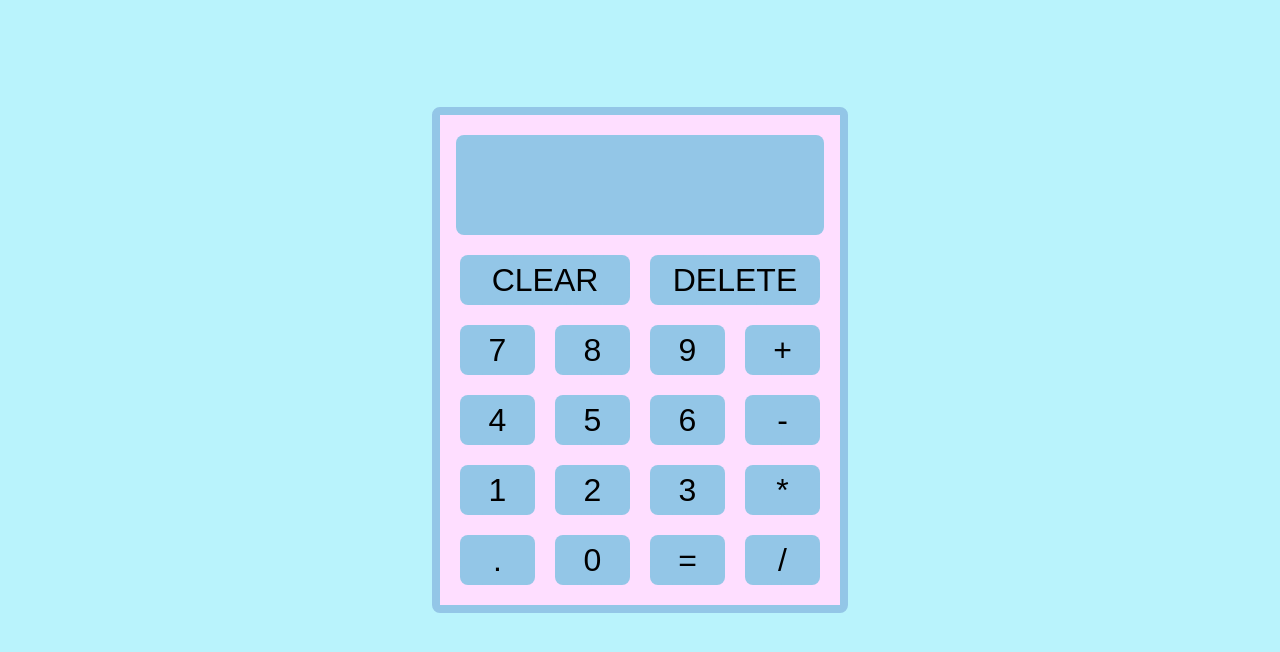
Repository: yeetzpxoci/calculator
Page: index.html
The author's editor kept a copy of each file at every save. The page is drawn from the files as they stood at one save, then again after the next save.
The browser window is 1280 px wide. The pictures show the whole page.

Above is the page before, as saved 2023-02-05 13:56:30.

### index.html
<!doctype html>
<html lang="en">

<head>
    <meta charset="utf-8">
    <title>CALC YA LATER</title>
    <meta name="calculator" content="calculates">
    <link rel="stylesheet" href="style.css">
    <link rel="preconnect" href="https://fonts.googleapis.com">
    <link rel="preconnect" href="https://fonts.gstatic.com" crossorigin>
    <link href="https://fonts.googleapis.com/css2?family=Roboto&display=swap" rel="stylesheet">

</head>

<body>
    <div class="calculator-container">
        <div id="display" class="display">
            1234
        </div>
        <div class="button-container">
            <button class="clear-button">CLEAR</button>
            <button class="delete-button">DELETE</button>
            <button class="number-button">7</button>
            <button class="number-button">8</button>
            <button class="number-button">9</button>
            <button class="operator-button">+</button>
            <button class="number-button">4</button>
            <button class="number-button">5</button>
            <button class="number-button">6</button>
            <button class="operator-button">-</button>
            <button class="number-button">1</button>
            <button class="number-button">2</button>
            <button class="number-button">3</button>
            <button class="operator-button">*</button>
            <button class="floating-point">.</button>
            <button class="number-button">0</button>
            <button class="equal-button">=</button>
            <button class="operator-button">/</button>
        </div>
    </div>
</body>

<script src="script.js"></script>

</html>

### style.css
html, body {
    background-color: #B9F3FC;
    display: flex;
    min-height: 100%;
    justify-content: center;
    align-items: center;
}

.calculator-container {
    background-color: #FEDEFF;
    height: 490px;
    width: 400px;
    border-radius: 8px;
    border-width: 8px;
    border-style: solid;
    border-color: #93C6E7;
    display: flex;
    flex-direction: column;
    flex-wrap: wrap;
    justify-content: flex-start;
    align-items: center;
}

.display {
    background-color: #93C6E7;
    height: 100px;
    width: 360px;
    border-radius: 8px;
    display: flex;
    justify-content: flex-end;
    align-items: center;
    font-size: 64px;
    font-family: Roboto;
    font-weight: 900;
    padding-right: 8px;
    margin-top: 20px;
}

.button-container {
    display: flex;
    flex-wrap: wrap;
    align-items: center;
    justify-content: space-around;
    gap: 20px;
    margin: 20px;
}

.clear-button, .delete-button {
    font-size: 32px;
    height: 50px;
    width: 170px;
    border-style: dashed;
    border-radius: 8px;
    border-color: #93C6E7;
    background-color: #93C6E7;
}

.number-button, .operator-button, .equal-button, .floating-point {
    height: 50px;
    width: 75px;
    font-size: 32px;
    border-style: dashed;
    border-radius: 8px;
    border-color: #93C6E7;
    background-color: #93C6E7;
}

### script.js
function add(a, b) {
    return a + b
}

function subtract(a, b) {
    return a - b
}

function multiply(a, b) {
    return a * b
}

function divide(a, b) {
    return a / b
}

function operate(operator, a, b) {
    switch (operator) {
        case '+': result = add(a, b); break;
        case '-': result = subtract(a, b); break;
        case '*': result = multiply(a, b); break;
        case '/': result = divide(a, b); break;
    }
    return result;
}

var first_value = 0;
var second_value = 0;
var current_operator = "";

const display = document.getElementById("display")
display.innerHTML = ""

document.querySelectorAll(".number-button").forEach(function(element) {
    element.addEventListener("click", function () {
        if (display.innerHTML === current_operator) {
            display.innerHTML = "";
            display.innerHTML = display.innerHTML + this.innerHTML;
        } else {
            display.innerHTML = display.innerHTML + this.innerHTML;
        }
    })
})

document.querySelectorAll(".operator-button").forEach(function (element) {
    element.addEventListener("click", function () {
        if (current_operator === "") {
            first_value = parseFloat(display.innerHTML);
            display.innerHTML = this.innerHTML;
        } else {
            display.innerHTML = this.innerHTML;
        }
        current_operator = display.innerHTML;
    })
})

document.querySelector(".clear-button").addEventListener("click", function () {
    display.innerHTML = ""
    var first_value = 0;
    var second_value = 0;
    var current_operator = "";
;})

document.querySelector(".delete-button").addEventListener("click", function () {
    display.innerHTML = display.innerHTML.slice(0, -1);
})

document.querySelector(".floating-point").addEventListener("click", function () {
    display.innerHTML = display.innerHTML + this.innerHTML;
})

document.querySelector(".equal-button").addEventListener("click", function () {
    if (current_operator !== "") {
        second_value = parseFloat(display.innerHTML);
        if (current_operator === "/" && second_value == 0) {
            alert("Error: division by 0 is undefined.");
        } else {
            display.innerHTML = String(Math.round(operate(current_operator, first_value, second_value) * 100) / 100);
        }
    }
    current_operator = "";
})

After the next save:
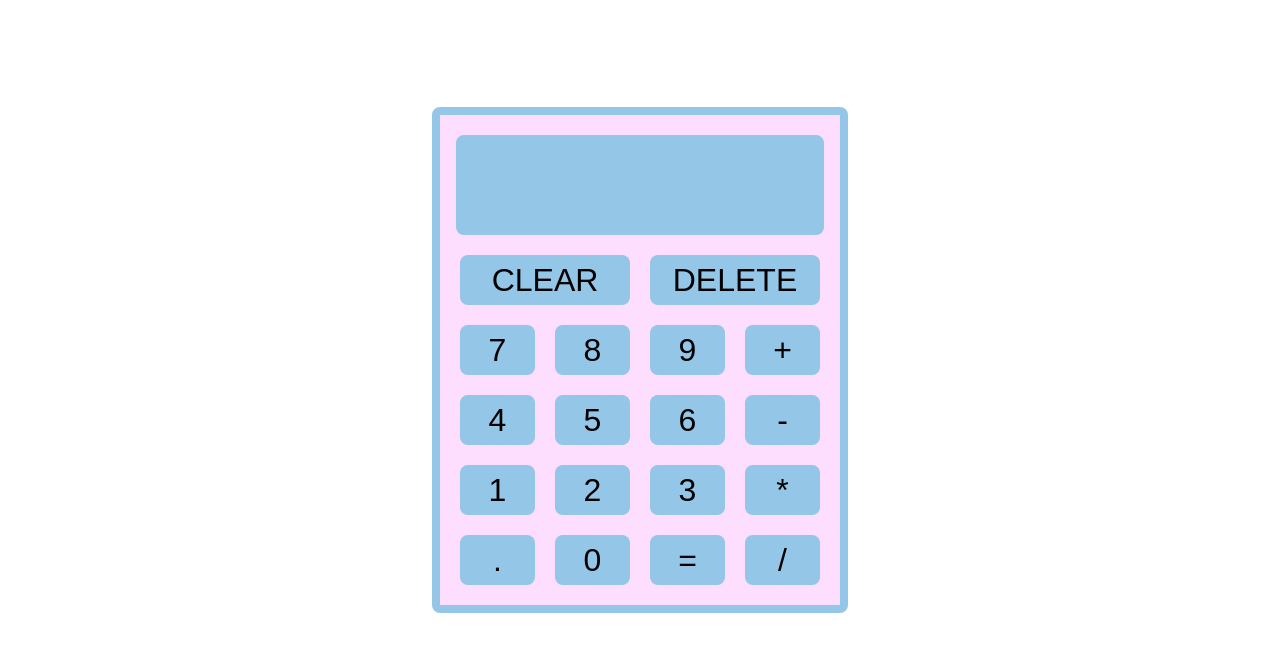
Saved 97 s later.
--- a/style.css
+++ b/style.css
@@ -1,5 +1,5 @@
 html, body {
-    background-color: #B9F3FC;
+    background-image: "ab4.png";
     display: flex;
     min-height: 100%;
     justify-content: center;
